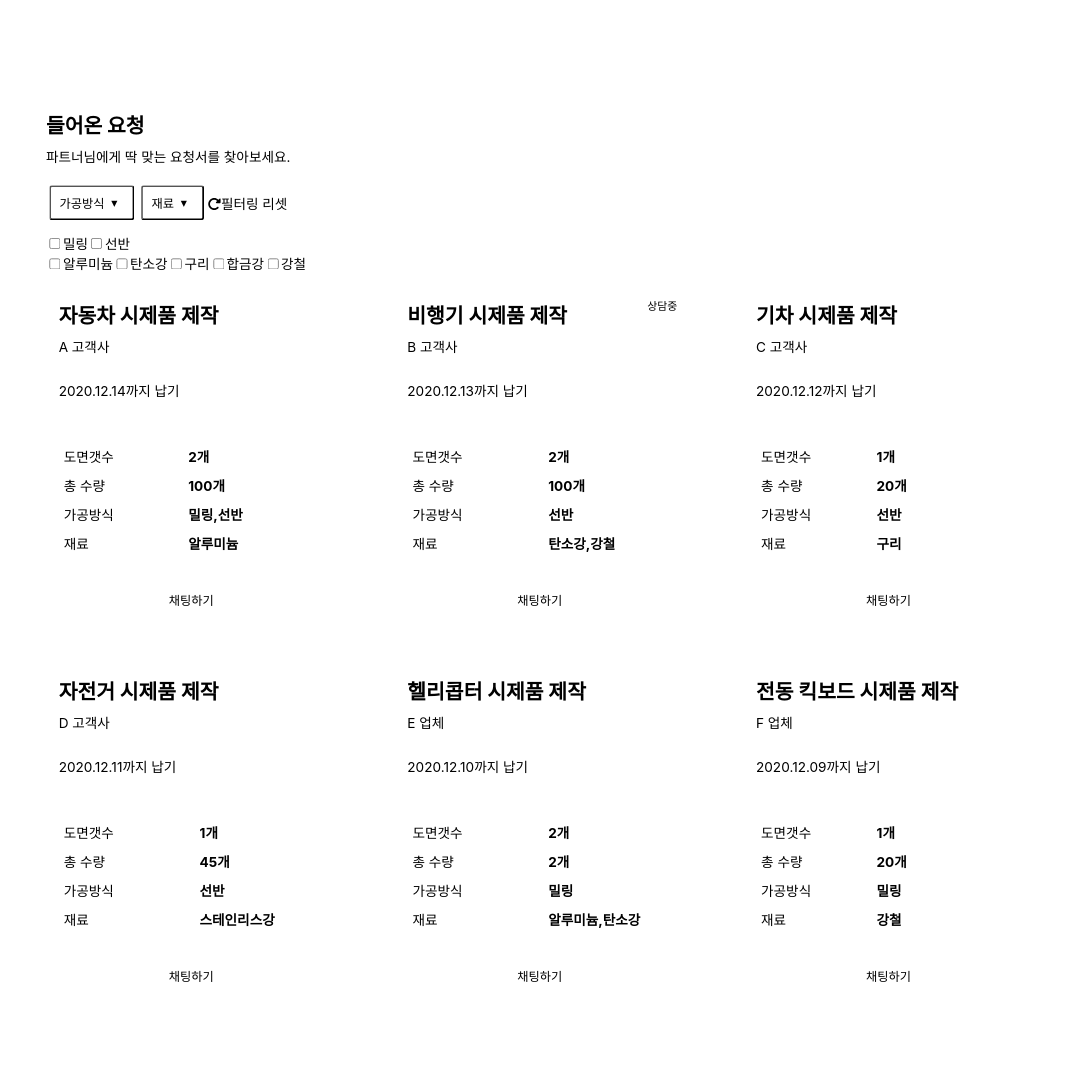
Repository: seoulsaram/capa
Page: /
An editor plug-in stored every save of this project. The page is shown before and after the next save, followed by the edit.
The browser window is 1280 px wide. The pictures show the whole page, at 85% of full size.
The project was rebuilt for these pictures with package versions that can differ from the ones it lists, and the page was loaded fresh each time. Requests to the local data server were answered from the project's data file. Also part of the build but not shown: src/App.css.

Above is the page before, as saved 2021-03-07 16:43:14.

After the next save:
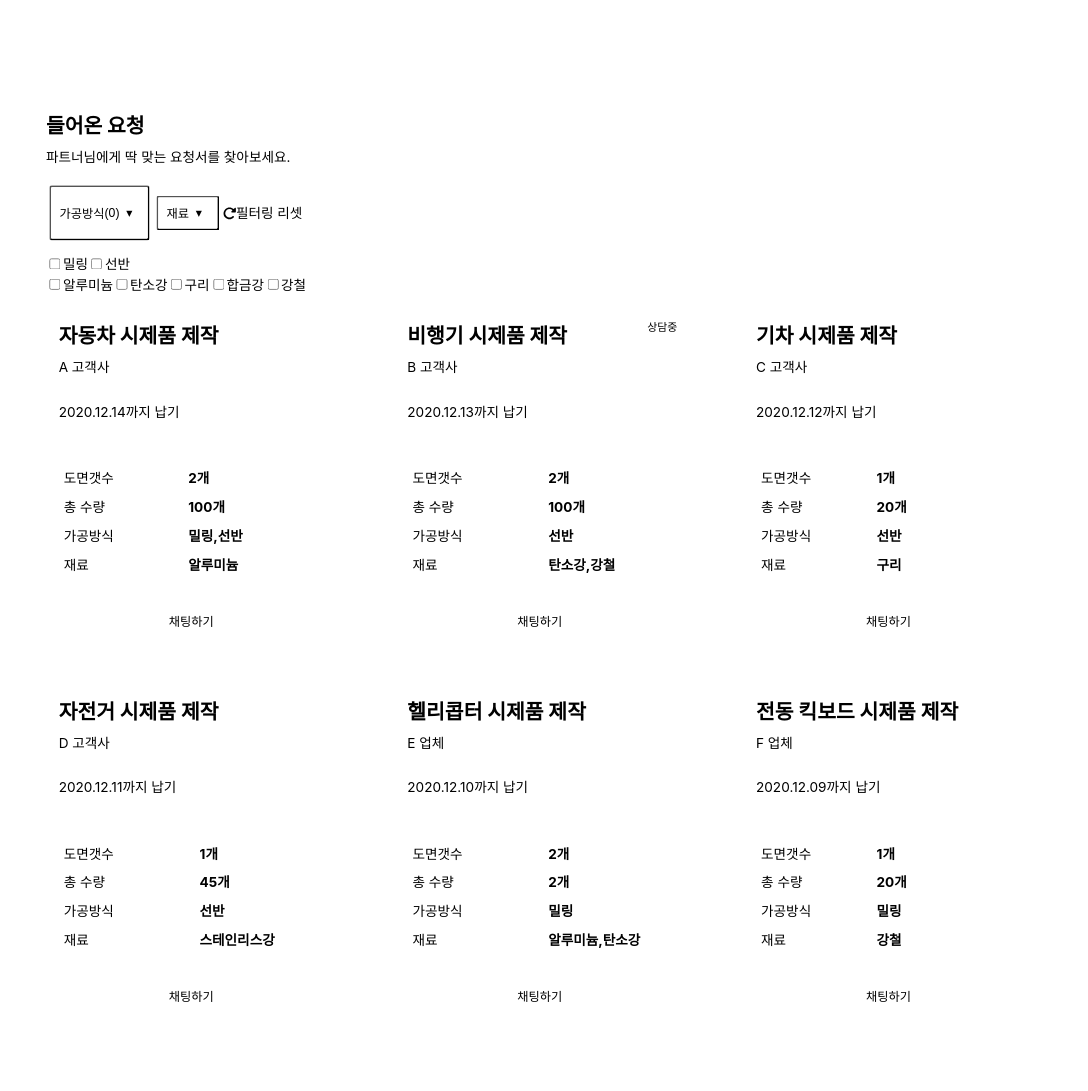
Saved 11 s later.
--- a/src/components/filter/filter.jsx
+++ b/src/components/filter/filter.jsx
@@ -52,7 +52,7 @@
       */}
       <div className={styles.filterContainer}>
         <button className={styles.filterBtn}>
-          가공방식{checkedMethods.length > 0 && <p>({checkedMethods.length})</p>}
+          가공방식{checkedMethods.length > -1 && <p>({checkedMethods.length})</p>}
           <p className={styles.down}>▾</p>
         </button>
 

After the save that followed:
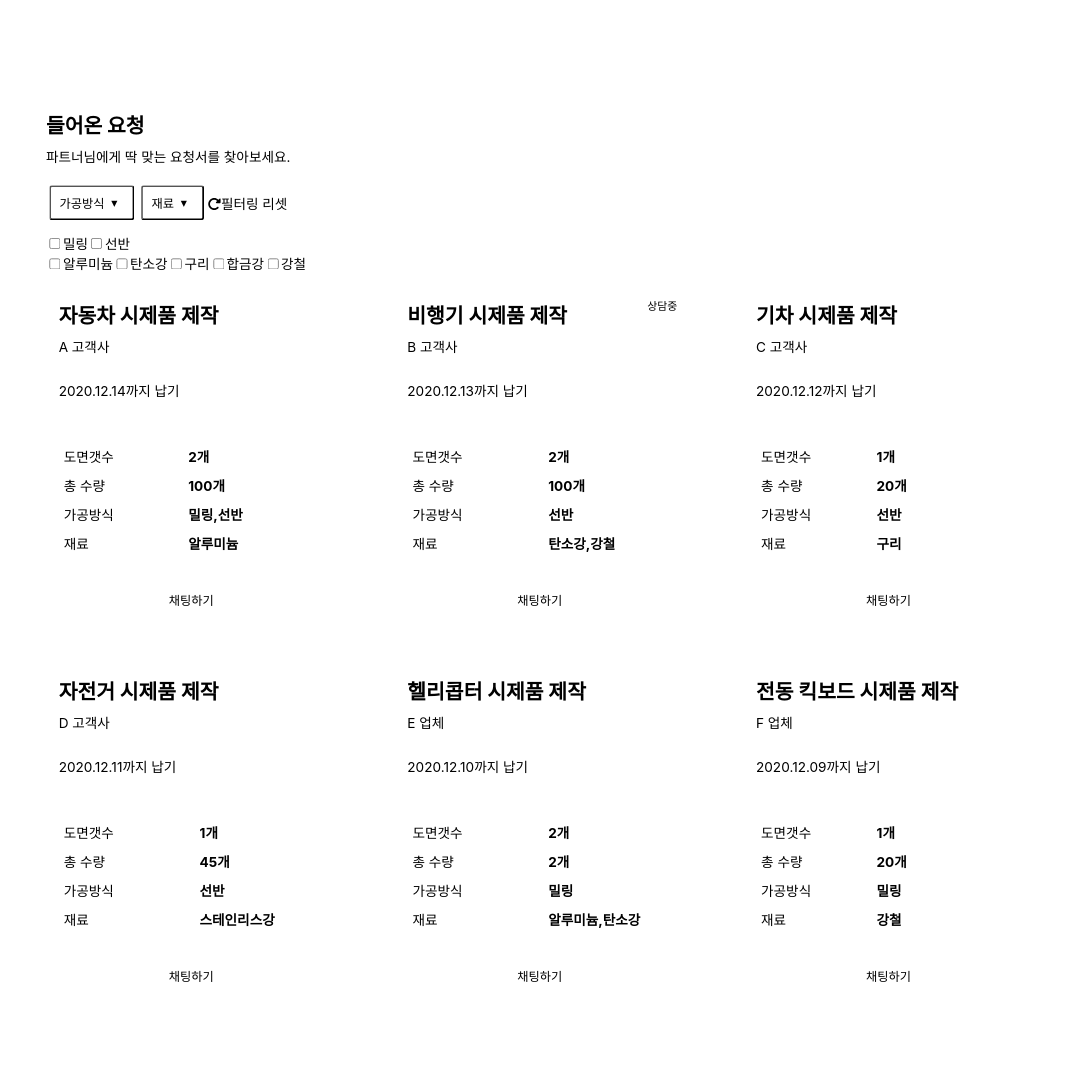
Saved 5 s later.
--- a/src/components/filter/filter.jsx
+++ b/src/components/filter/filter.jsx
@@ -52,7 +52,7 @@
       */}
       <div className={styles.filterContainer}>
         <button className={styles.filterBtn}>
-          가공방식{checkedMethods.length > -1 && <p>({checkedMethods.length})</p>}
+          가공방식{checkedMethods.length > 0 && <p>({checkedMethods.length})</p>}
           <p className={styles.down}>▾</p>
         </button>
 
